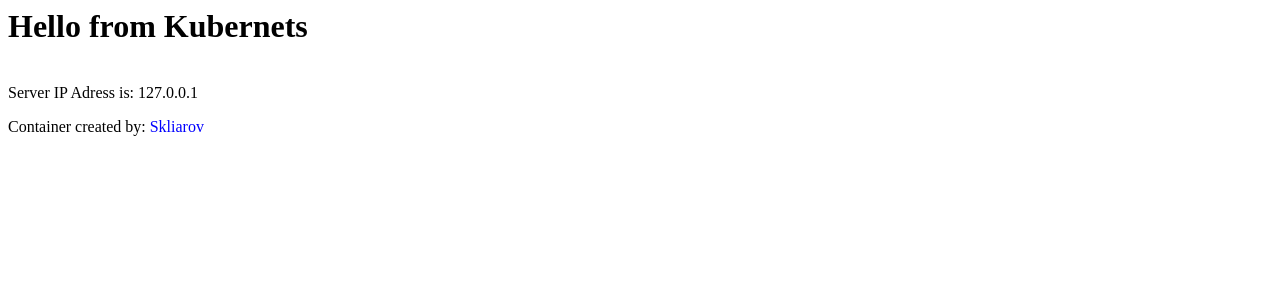
Repository: ISkliarov/Kubernetes
Page: http://localhost/
An editor plug-in stored every save of this project. The page is shown before and after the next save, followed by the edit.
The browser window is 1280 px wide. The pictures show the whole page.
The page is run by PHP 8.4 with error messages shown; the project is at /var/www/html/.

Above is the page before, as saved 2023-08-21 22:46:06.

### Dockerfile/index.php
<?php
$ip_server = $_SERVER['SERVER_ADDR'];

echo "<h1>Hello from Kubernets</h1><br>";
echo "Server IP Adress is: $ip_server", "<br><p>";
echo "Container created by: <font color=blue> Skliarov";

?>

After the next save:
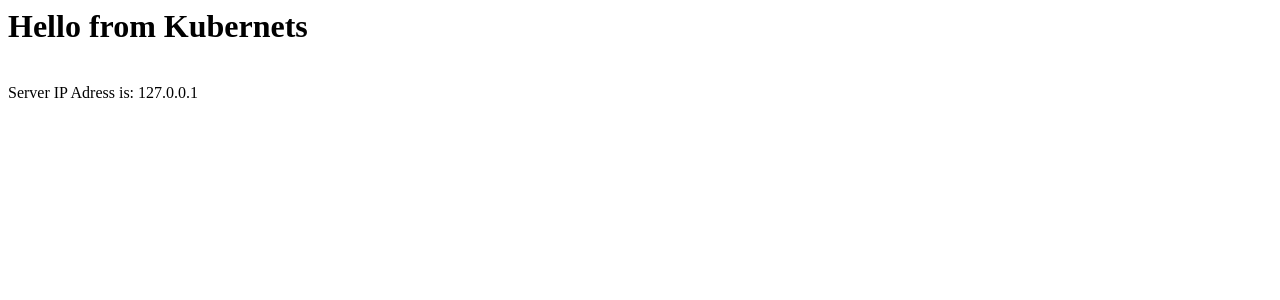
Saved 12 h 2 min later.
--- a/Dockerfile/index.php
+++ b/Dockerfile/index.php
@@ -3,6 +3,5 @@ $ip_server = $_SERVER['SERVER_ADDR'];
 
 echo "<h1>Hello from Kubernets</h1><br>";
 echo "Server IP Adress is: $ip_server", "<br><p>";
-echo "Container created by: <font color=blue> Skliarov";
 
 ?>
